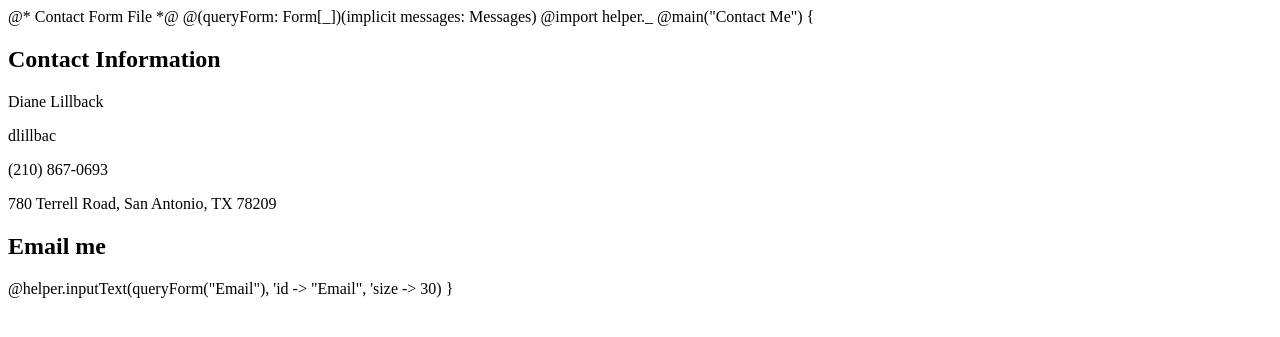
Repository: arthurfeeney/Interior-Design
Page: server/app/views/contact.scala.html
The author's editor kept a copy of each file at every save. The page is drawn from the files as they stood at one save, then again after the next save.
The browser window is 1280 px wide. The pictures show the whole page.

Above is the page before, as saved 2019-03-31 20:03:35.

After the next save:
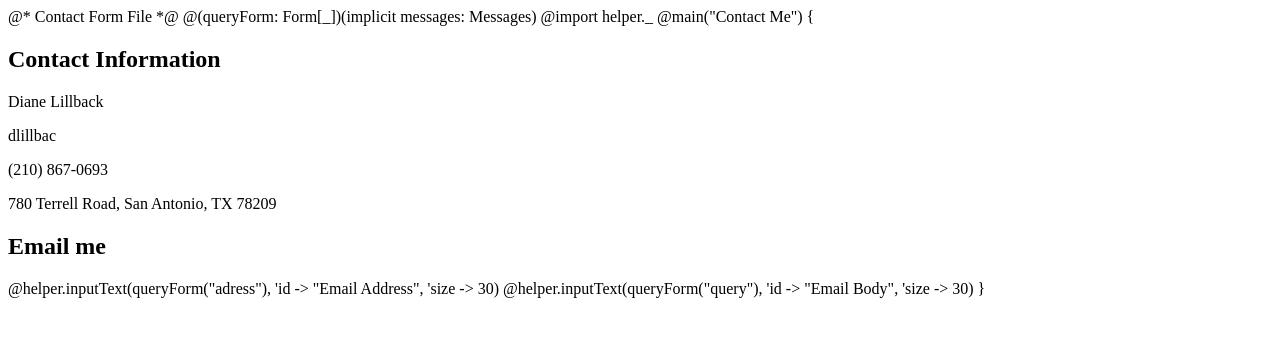
Saved 37 s later.
--- a/server/app/views/contact.scala.html
+++ b/server/app/views/contact.scala.html
@@ -21,6 +21,7 @@
 <h2> Email me</h2>
 
 
-@helper.inputText(queryForm("Email"), 'id -> "Email", 'size -> 30)
+@helper.inputText(queryForm("adress"), 'id -> "Email Address", 'size -> 30)
+@helper.inputText(queryForm("query"), 'id -> "Email Body", 'size -> 30)
 
 }
